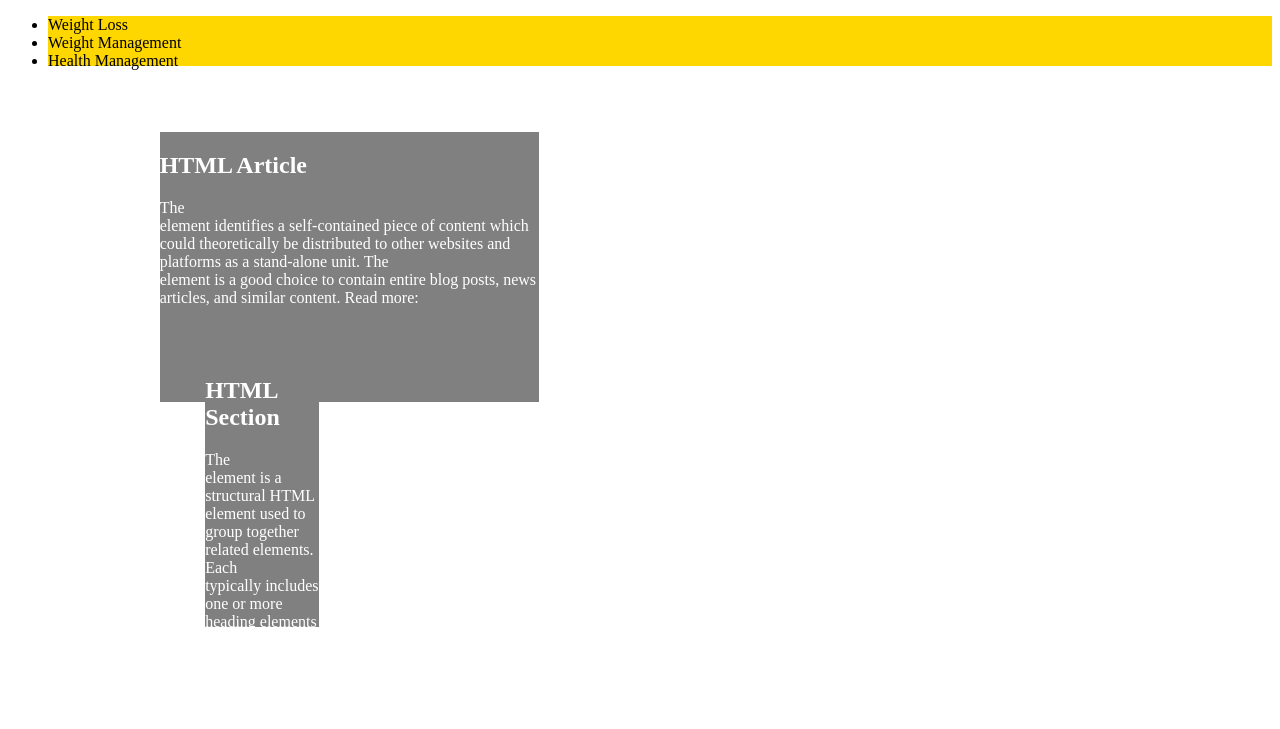
Repository: helloneibor/project1
Page: project1.html
The author's editor kept a record of every edit. The page is drawn from the files as they stood at one moment, then again after the next edit.
The browser window is 1280 px wide. The pictures show the whole page.

Above is the page before.

After the next edit:
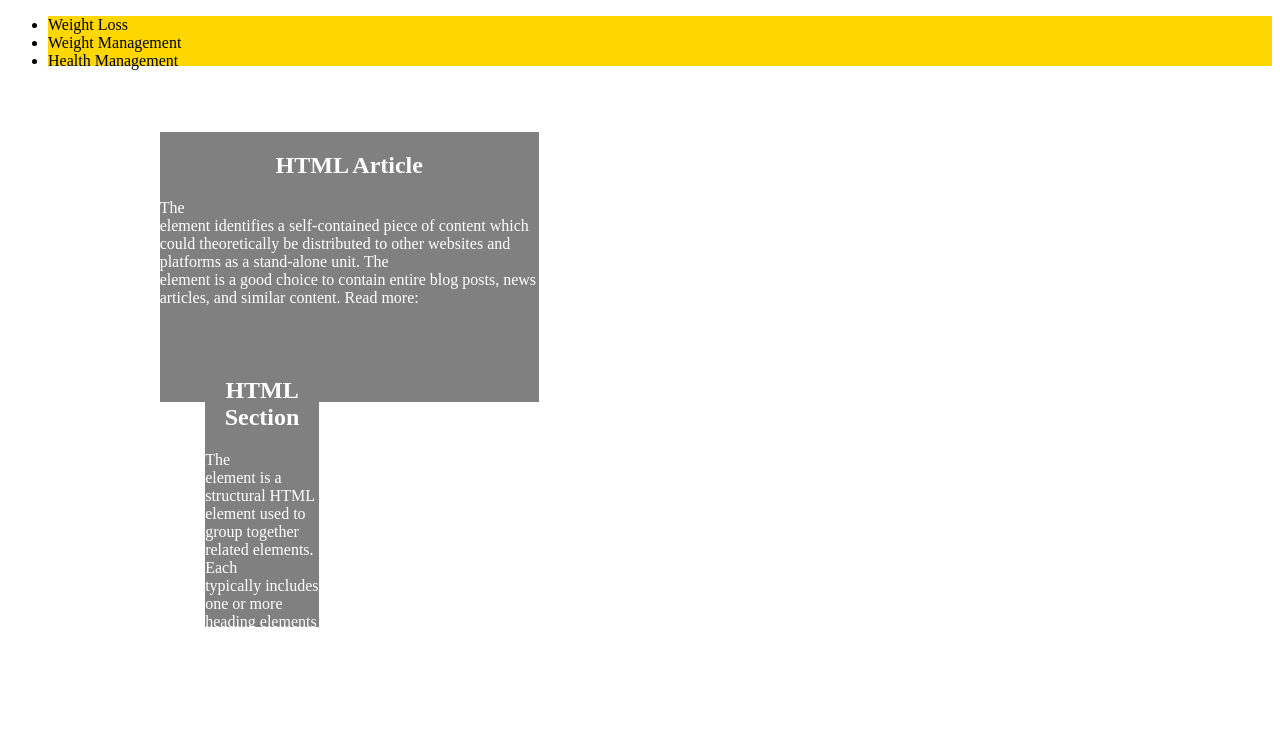
The edit:
--- a/main.css
+++ b/main.css
@@ -17,5 +17,5 @@
 
 h2 {
     color: white;
-    text-align: white;
+    text-align: center;
 }
